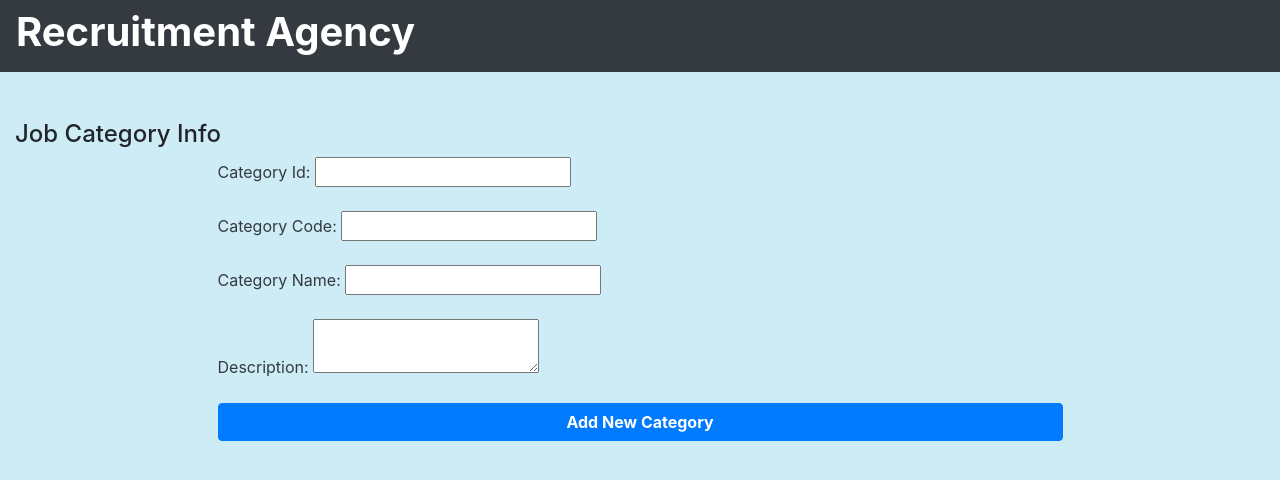
Repository: ism-shahriar/RecruitmentAgencyPortal
Page: http://localhost/index
An editor plug-in stored every save of this project. The page is shown before and after the next save, followed by the edit.
The browser window is 1280 px wide. The pictures show the whole page.
The page is this project's Thymeleaf template; nobody is signed in. The template is opened directly, without the code that normally fills it, so the values that code supplies are empty.

Above is the page before, as saved 2020-04-17 06:23:47.

After the next save:
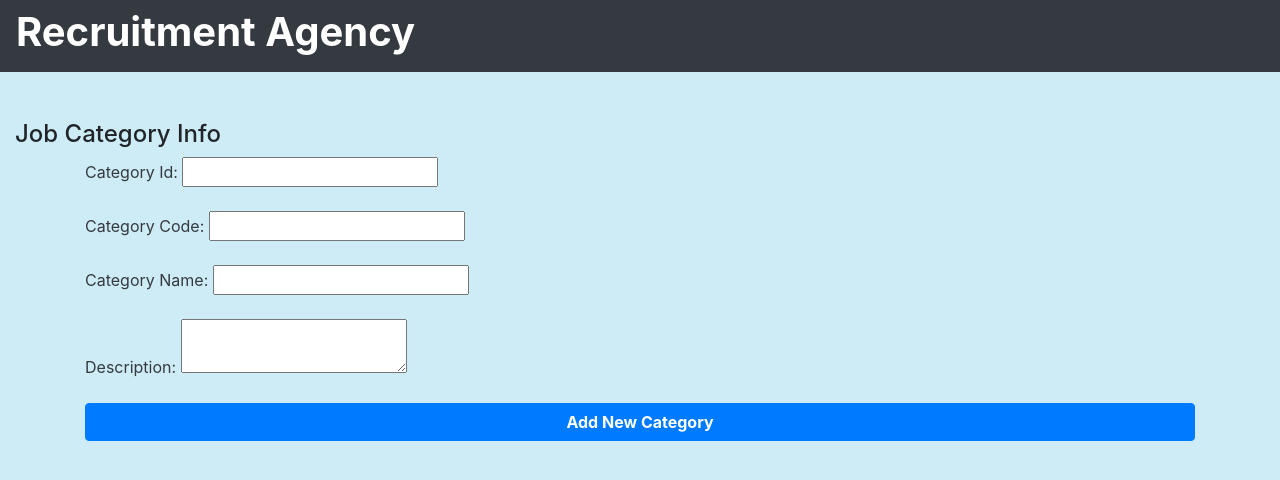
Saved 14 s later.
--- a/MicroServiceJobCat/src/main/resources/templates/index.html
+++ b/MicroServiceJobCat/src/main/resources/templates/index.html
@@ -12,7 +12,7 @@
 </nav>
 	<div class="container-fluid" style="background-color: #CEECF5">
 	<br><br><h4>Job Category Info</h4>
-		<form class="container text-dark" style="width: 70%" action="add" method="POST">
+		<form class="container text-dark" action="add" method="POST">
 			Category Id: <input type="text" name="catId" /><br></br>
 			Category Code: <input type="text" name="catCode" /><br></br>
 			Category Name: <input type="text" name="catName" /><br></br>
